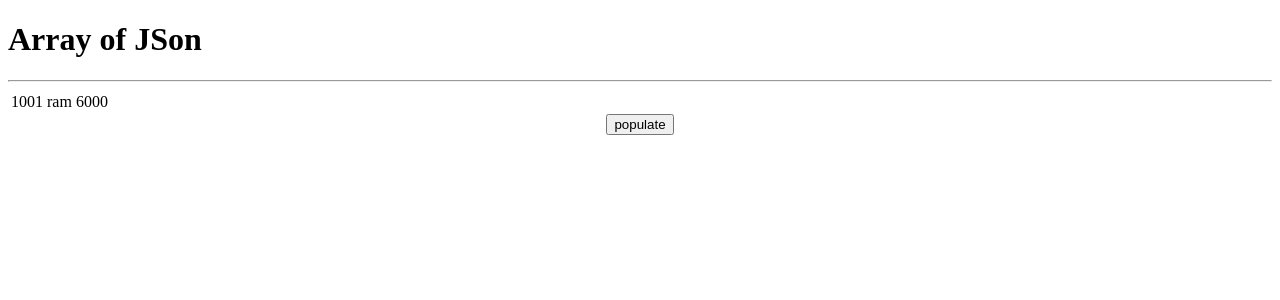
Repository: abhishekj720/HSBCLearn
Page: gagan/JEE/JSDemo/WebContent/JSONDemo2.html
The author's editor kept a copy of each file at every save. The page is drawn from the files as they stood at one save, then again after the next save.
The browser window is 1280 px wide. The pictures show the whole page.
After loading, the first visible `#btn1` was clicked once.

Above is the page before, as saved 2019-07-31 06:41:01.
Console error: ReferenceError: dept is not defined

### gagan/JEE/JSDemo/WebContent/JSONDemo2.html
<!DOCTYPE html>
<html>
<head>
<meta charset="ISO-8859-1">
<title>Insert title here</title>
<script>
var jarr=[{eid:1001,ename:'ram',sal:6000},
			{eid:1002,ename:'tom',sal:26000},
			{eid:1003,ename:'sam',sal:16000},];

function display(){
	var html ="<table cellpadding='10' bgcolor='cyan'     ";

	for(var idx=0; idx<jarr.length;idx++){

		document.getElementById("teid").innerHTML = jarr[idx].eid;
		document.getElementById("tname").innerHTML = jarr[idx].ename;
		document.getElementById("tsal").innerHTML = jarr[idx].sal;

		var data = "<td>" + name + "</td><td>" + dept + "</td>";
		  data += "<td><input type='button' value = 'remove' onclick = 'removeRow(this)'/></td>";

	}
}

function clearData(){
	document.getElementById("teid").innerHTML = "";
	document.getElementById("tname").innerHTML = "";
	document.getElementById("tsal").innerHTML = "";
}

</script>
</head>
<body>
<h1>Array of JSon </h1>
<hr/>

<table>
<tr>
<td id= "teid"></td>
<td id= "tname"></td>
<td id= "tsal"></td>

</tr>
</table>

<div align="center">
	<input type="button" id="btn1" value="populate" onclick="display()"/>
</div>
<div id="div1">
</div>
</body>
</html>

After the next save:
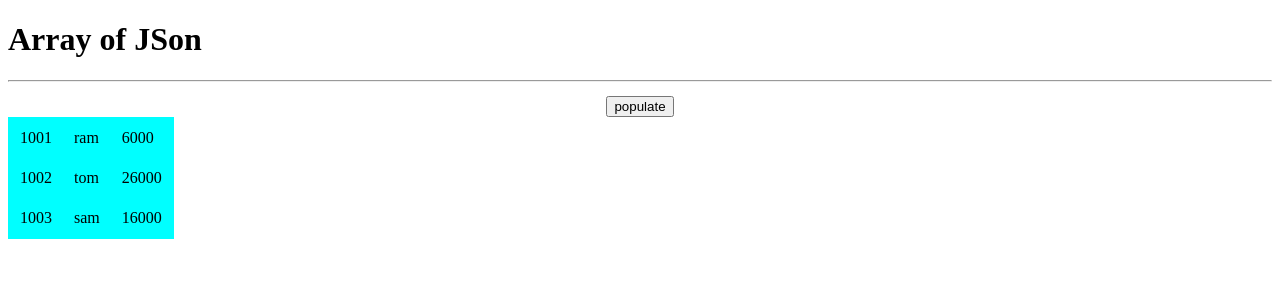
The error is gone.
Saved 5 s later.
--- a/gagan/JEE/JSDemo/WebContent/JSONDemo2.html
+++ b/gagan/JEE/JSDemo/WebContent/JSONDemo2.html
@@ -12,15 +12,15 @@ function display(){
 	var html ="<table cellpadding='10' bgcolor='cyan'     ";
 
 	for(var idx=0; idx<jarr.length;idx++){
+		html+= "<tr>";
+		html+= "<td>" + jarr[idx].eid + "</td>";
+		html+= "<td>" + jarr[idx].ename + "</td>";
+		html+= "<td>" + jarr[idx].sal + "</td>";
+		html+= "</tr>";
 
-		document.getElementById("teid").innerHTML = jarr[idx].eid;
-		document.getElementById("tname").innerHTML = jarr[idx].ename;
-		document.getElementById("tsal").innerHTML = jarr[idx].sal;
-
-		var data = "<td>" + name + "</td><td>" + dept + "</td>";
-		  data += "<td><input type='button' value = 'remove' onclick = 'removeRow(this)'/></td>";
 
 	}
+	document.getElementById("div1").innerHTML = html;
 }
 
 function clearData(){
